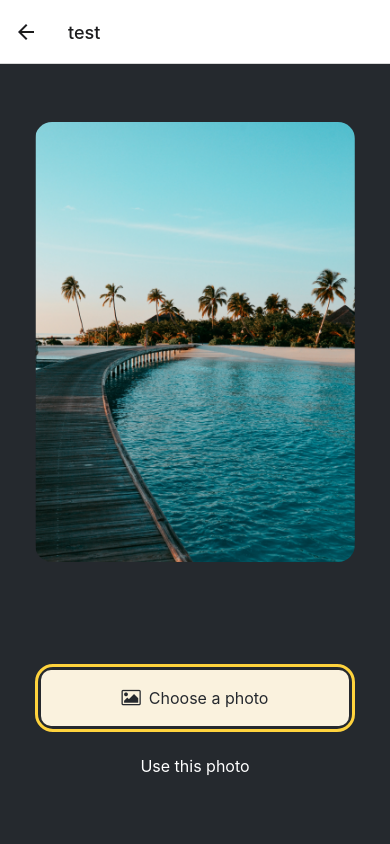
Repository: eyebone/barManager
Screen: /test
These files come from the project's save history. The screen is drawn as it stood at one moment and after the next save; the edit follows.
The app was drawn by React Native's web renderer in a window 390 px wide. The project was rebuilt for these pictures with package versions that can differ from the ones it lists, and the page was loaded fresh each time. Some packages were replaced by stand-ins written for this rebuild. Also part of the build but not shown: components/circleButton.js, components/IconButton.js, view/Sign.js.

Above is the screen before, as saved 2023-06-26 15:12:37.

### App.js
// In App.js in a new project

import * as React from "react";
import { Button, View, Text, StyleSheet, Pressable, Alert } from "react-native";
// import React-native from 'react-native';
import { NavigationContainer } from "@react-navigation/native";
import { createNativeStackNavigator } from "@react-navigation/native-stack";
import { ViewOne } from "./view/ViewOne";
// import Button from "./components/Button";
import { SignView } from "./view/Sign";
import { LinearGradient } from "expo-linear-gradient";
import FontAwesome from "react-native-vector-icons/FontAwesome";
function HomeScreen({ navigation }) {
  return (
    <View style={styles.container}>
      <LinearGradient
        start={{ x: 0, y: 0 }}
        end={{ x: 1, y: 1 }}
        colors={["#5c0b82", "#480965", "#190641", "#070320", "#000000"]}
        style={styles.linearGradient}
      >
        <Text>Home Screen</Text>
        <Pressable
          style={(styles.button, { backgroundColor: "#faf2de" })}
          onPress={() => navigation.navigate("test")}
        >
          <FontAwesome name="home" size={26} style={{ paddingRight: 8 }} />
          <Text>go to detail</Text>
        </Pressable>

        <Button
          title="Go to Sign"
          onPress={() => navigation.navigate("sign")}
        />
        <Text style={styles.buttonText}>Sign in with Facebook</Text>
      </LinearGradient>
    </View>
  );
}

const Stack = createNativeStackNavigator();

function App() {
  return (
    <NavigationContainer style={styles.container}>
      <Stack.Navigator>
        <Stack.Screen name="Home" component={HomeScreen} />
        <Stack.Screen name="test" component={ViewOne} />
        <Stack.Screen name="sign" component={SignView} />
      </Stack.Navigator>
    </NavigationContainer>
  );
}

export default App;

const styles = StyleSheet.create({
  container: {
    flex: 1,
    flexDirection: "column",
    backgroundColor: "#000000",
    //    alignItems: 'center',
  },
  linearGradient: {
    height: 740,
  },
  button: {
    borderRadius: 10,
    width: 300,
    height: 30,
    alignItems: "center",
    justifyContent: "center",
    flexDirection: "row",
  },
});

### view/ViewOne.js
import { useState } from 'react';
import { StatusBar } from 'expo-status-bar';
import { StyleSheet, View } from 'react-native';
import * as ImagePicker from 'expo-image-picker';
import EmojiPicker from '../components/EmojiPicker';
import Button from '../components/Button';
import ImageViewer from '../components/ImageViewer';
import CircleButton from '../components/circleButton';
import IconButton from '../components/IconButton';

const PlaceholderImage = require('../assets/images/background-image.png');

export function ViewOne() {
  const [showAppOptions, setShowAppOptions] = useState(false);
  const [selectedImage, setSelectedImage] = useState(null);
  const [isModalVisible, setIsModalVisible] = useState(false);
  const pickImageAsync = async () => {
    let result = await ImagePicker.launchImageLibraryAsync({
      allowsEditing: true,
      quality: 1,
    });

    if (!result.canceled) {
      setSelectedImage(result.assets[0].uri);
      setShowAppOptions(true);
    } else {
      alert("You did not select any image.");
    }
  };

  const onReset = () => {
    setShowAppOptions(false);
  };

  const onAddSticker = () => {
    // we will implement this later
    setIsModalVisible(true);
  };


 const onModalClose = () => {
    setIsModalVisible(false);
  };
  const onSaveImageAsync = async () => {
    // we will implement this later
  };

  return (
    <View style={styles.container}>
      <View style={styles.imageContainer}>
        <ImageViewer placeholderImageSource={PlaceholderImage} selectedImage={selectedImage} />
      </View>
      {showAppOptions ? (
        <View style={styles.optionsContainer}>
          <View style={styles.optionsRow}>
            <IconButton icon="refresh" label="Reset" onPress={onReset} />
            <CircleButton onPress={onAddSticker} />
            <IconButton icon="save-alt" label="Save" onPress={onSaveImageAsync} />
          </View>
        </View>
      ) : (
        <View style={styles.footerContainer}>
          <Button theme="primary" label="Choose a photo" onPress={pickImageAsync} />
          <Button
            label="Use this photo"
            onPress={() => setShowAppOptions(true)}
          />
        </View>
      )}
<EmojiPicker isVisible={isModalVisible} onClose={onModalClose}>
        {/* A list of emoji component will go here */}
      </EmojiPicker>
      <StatusBar style="auto" />
    </View>
  );
}

const styles = StyleSheet.create({
  container: {
    flex: 1,
    backgroundColor: '#25292e',
    alignItems: 'center',
  },
  imageContainer: {
    flex:1,
    paddingTop: 58
  },
  footerContainer: {
    flex: 1 / 3,
    alignItems: 'center',
  },
  optionsContainer: {
    position: "absolute",
    bottom: 80,
  },
  optionsRow: {
    alignItems: 'center',
    flexDirection: 'row',
  },
});

### components/EmojiPicker.js
import { Modal, View, Text, Pressable, StyleSheet } from 'react-native';
import MaterialIcons from '@expo/vector-icons/MaterialIcons';

export default function EmojiPicker({ isVisible, children, onClose }) {
  return (
    <Modal animationType="slide" transparent={true} visible={isVisible}>
      <View style={styles.modalContent}>
        <View style={styles.titleContainer}>
          <Text style={styles.title}>Choose a sticker</Text>
          <Pressable onPress={onClose}>
            <MaterialIcons name="close" color="#fff" size={22} />
          </Pressable>
        </View>
        {children}
      </View>
    </Modal>
  );
}

const styles = StyleSheet.create({
  modalContent: {
    height: '25%',
    width: '100%',
    backgroundColor: '#25292e',
    borderTopRightRadius: 18,
    borderTopLeftRadius: 18,
    position: 'absolute',
    bottom: 0,
  },
  titleContainer: {
    height: '16%',
    backgroundColor: '#464C55',
    borderTopRightRadius: 10,
    borderTopLeftRadius: 10,
    paddingHorizontal: 20,
    flexDirection: 'row',
    alignItems: 'center',
    justifyContent: 'space-between',
  },
  title: {
    color: '#fff',
    fontSize: 16,
  },
  pickerContainer: {
    flexDirection: 'row',
    justifyContent: 'center',
    alignItems: 'center',
    paddingHorizontal: 50,
    paddingVertical: 20,
  },
});

### components/Button.js
import { StyleSheet, View, Pressable, Text } from 'react-native';
import FontAwesome from  "@expo/vector-icons/FontAwesome";

export default function MyButton({ label, theme, onPress }) {
  if (theme === "primary") {
    return (
      <View
      style={[styles.buttonContainer, { borderWidth: 3, borderColor: "#ffd33d", borderRadius: 18 }]}
      >
        <Pressable
          style={[styles.button, { backgroundColor: "#faf2de" }]}
          onPress={onPress}
        >
          <FontAwesome
            name="picture-o"
            size={18}
            color="#25292e"
            style={styles.buttonIcon}
          />
          <Text style={[styles.buttonLabel, { color: "#25292e" }]}>{label}</Text>
        </Pressable>
    </View>
    );
  }

  return (
    <View style={styles.buttonContainer}>
        <Pressable style={styles.button} onPress={onPress}>
          <Text style={styles.buttonLabel}>{label}</Text>
        </Pressable>
      </View>
  );
}

const styles = StyleSheet.create({
  buttonContainer: {
    width: 320,
    height: 68,
    marginHorizontal: 20,
    alignItems: 'center',
    justifyContent: 'center',
    padding: 3,
  },
  button: {
    borderRadius: 10,
    width: '100%',
    height: '100%',
    alignItems: 'center',
    justifyContent: 'center',
    flexDirection: 'row',
  },
  buttonIcon: {
    paddingRight: 8,
  },
  buttonLabel: {
    color: '#fff',
    fontSize: 16,
  },
});


//export default function Button({ label }) {
//  return (
//    <View style={styles.buttonContainer}>
//      <Pressable style={styles.button} onPress={() => alert('You pressed a button.')}>
//        <Text style={styles.buttonLabel}>{label}</Text>
//      </Pressable>
//    </View>
//  );
//}
//
//const styles = StyleSheet.create({
//  buttonContainer: {
//    width: 320,
//    height: 68,
//    marginHorizontal: 20,
//    alignItems: 'center',
//    justifyContent: 'center',
//    padding: 3,
//  },
//  button: {
//    borderRadius: 10,
//    width: '100%',
//    height: '100%',
//    alignItems: 'center',
//    justifyContent: 'center',
//    flexDirection: 'row',
//  },
//  buttonIcon: {
//    paddingRight: 8,
//  },
//  buttonLabel: {
//    color: '#fff',
//    fontSize: 16,
//  },
//});

### components/ImageViewer.js
import { StyleSheet, Image } from 'react-native';

export default function ImageViewer({ placeholderImageSource , selectedImage}) {
  const imageSource = selectedImage != null
  ? {uri: selectedImage}
  :placeholderImageSource;
  return (
    <Image source={imageSource} style={styles.image} />
  );
}

const styles = StyleSheet.create({
  image: {
    width: 320,
    height: 440,
    borderRadius: 17,
  },
});

After the next save:
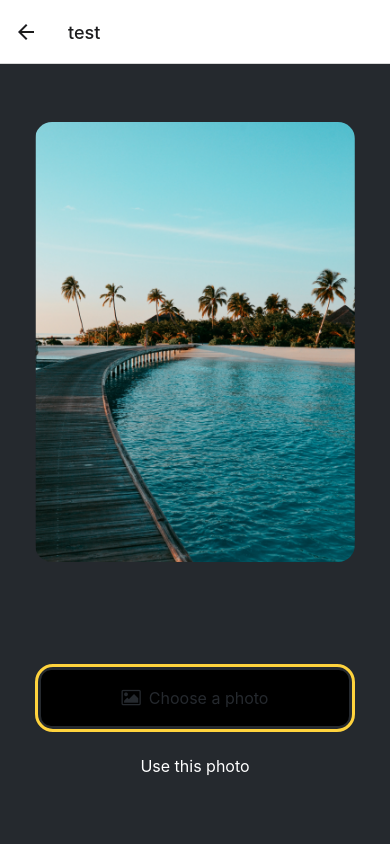
Saved 2 min 6 s later.
--- a/components/Button.js
+++ b/components/Button.js
@@ -1,14 +1,17 @@
-import { StyleSheet, View, Pressable, Text } from 'react-native';
-import FontAwesome from  "@expo/vector-icons/FontAwesome";
+import { StyleSheet, View, Pressable, Text } from "react-native";
+import FontAwesome from "@expo/vector-icons/FontAwesome";
 
 export default function MyButton({ label, theme, onPress }) {
   if (theme === "primary") {
     return (
       <View
-      style={[styles.buttonContainer, { borderWidth: 3, borderColor: "#ffd33d", borderRadius: 18 }]}
+        style={[
+          styles.buttonContainer,
+          { borderWidth: 3, borderColor: "#ffd33d", borderRadius: 18 },
+        ]}
       >
         <Pressable
-          style={[styles.button, { backgroundColor: "#faf2de" }]}
+          style={[styles.button, { backgroundColor: "#000" }]}
           onPress={onPress}
         >
           <FontAwesome
@@ -17,18 +20,20 @@ export default function MyButton({ label, theme, onPress }) {
             color="#25292e"
             style={styles.buttonIcon}
           />
-          <Text style={[styles.buttonLabel, { color: "#25292e" }]}>{label}</Text>
+          <Text style={[styles.buttonLabel, { color: "#25292e" }]}>
+            {label}
+          </Text>
         </Pressable>
-    </View>
+      </View>
     );
   }
 
   return (
     <View style={styles.buttonContainer}>
-        <Pressable style={styles.button} onPress={onPress}>
-          <Text style={styles.buttonLabel}>{label}</Text>
-        </Pressable>
-      </View>
+      <Pressable style={styles.button} onPress={onPress}>
+        <Text style={styles.buttonLabel}>{label}</Text>
+      </Pressable>
+    </View>
   );
 }
 
@@ -37,27 +42,26 @@ const styles = StyleSheet.create({
     width: 320,
     height: 68,
     marginHorizontal: 20,
-    alignItems: 'center',
-    justifyContent: 'center',
+    alignItems: "center",
+    justifyContent: "center",
     padding: 3,
   },
   button: {
     borderRadius: 10,
-    width: '100%',
-    height: '100%',
-    alignItems: 'center',
-    justifyContent: 'center',
-    flexDirection: 'row',
+    width: "100%",
+    height: "100%",
+    alignItems: "center",
+    justifyContent: "center",
+    flexDirection: "row",
   },
   buttonIcon: {
     paddingRight: 8,
   },
   buttonLabel: {
-    color: '#fff',
+    color: "#fff",
     fontSize: 16,
   },
 });
-
 
 //export default function Button({ label }) {
 //  return (

After the save that followed:
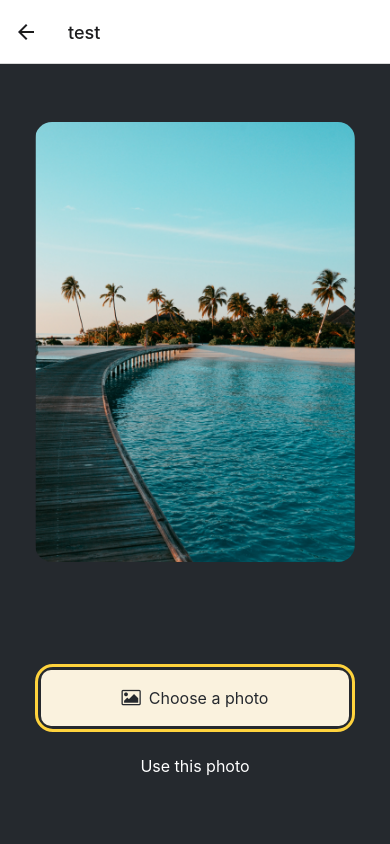
Saved 6 s later.
--- a/components/Button.js
+++ b/components/Button.js
@@ -1,17 +1,14 @@
-import { StyleSheet, View, Pressable, Text } from "react-native";
-import FontAwesome from "@expo/vector-icons/FontAwesome";
+import { StyleSheet, View, Pressable, Text } from 'react-native';
+import FontAwesome from  "@expo/vector-icons/FontAwesome";
 
 export default function MyButton({ label, theme, onPress }) {
   if (theme === "primary") {
     return (
       <View
-        style={[
-          styles.buttonContainer,
-          { borderWidth: 3, borderColor: "#ffd33d", borderRadius: 18 },
-        ]}
+      style={[styles.buttonContainer, { borderWidth: 3, borderColor: "#ffd33d", borderRadius: 18 }]}
       >
         <Pressable
-          style={[styles.button, { backgroundColor: "#000" }]}
+          style={[styles.button, { backgroundColor: "#faf2de" }]}
           onPress={onPress}
         >
           <FontAwesome
@@ -20,20 +17,18 @@ export default function MyButton({ label, theme, onPress }) {
             color="#25292e"
             style={styles.buttonIcon}
           />
-          <Text style={[styles.buttonLabel, { color: "#25292e" }]}>
-            {label}
-          </Text>
+          <Text style={[styles.buttonLabel, { color: "#25292e" }]}>{label}</Text>
         </Pressable>
-      </View>
+    </View>
     );
   }
 
   return (
     <View style={styles.buttonContainer}>
-      <Pressable style={styles.button} onPress={onPress}>
-        <Text style={styles.buttonLabel}>{label}</Text>
-      </Pressable>
-    </View>
+        <Pressable style={styles.button} onPress={onPress}>
+          <Text style={styles.buttonLabel}>{label}</Text>
+        </Pressable>
+      </View>
   );
 }
 
@@ -42,26 +37,27 @@ const styles = StyleSheet.create({
     width: 320,
     height: 68,
     marginHorizontal: 20,
-    alignItems: "center",
-    justifyContent: "center",
+    alignItems: 'center',
+    justifyContent: 'center',
     padding: 3,
   },
   button: {
     borderRadius: 10,
-    width: "100%",
-    height: "100%",
-    alignItems: "center",
-    justifyContent: "center",
-    flexDirection: "row",
+    width: '100%',
+    height: '100%',
+    alignItems: 'center',
+    justifyContent: 'center',
+    flexDirection: 'row',
   },
   buttonIcon: {
     paddingRight: 8,
   },
   buttonLabel: {
-    color: "#fff",
+    color: '#fff',
     fontSize: 16,
   },
 });
+
 
 //export default function Button({ label }) {
 //  return (
